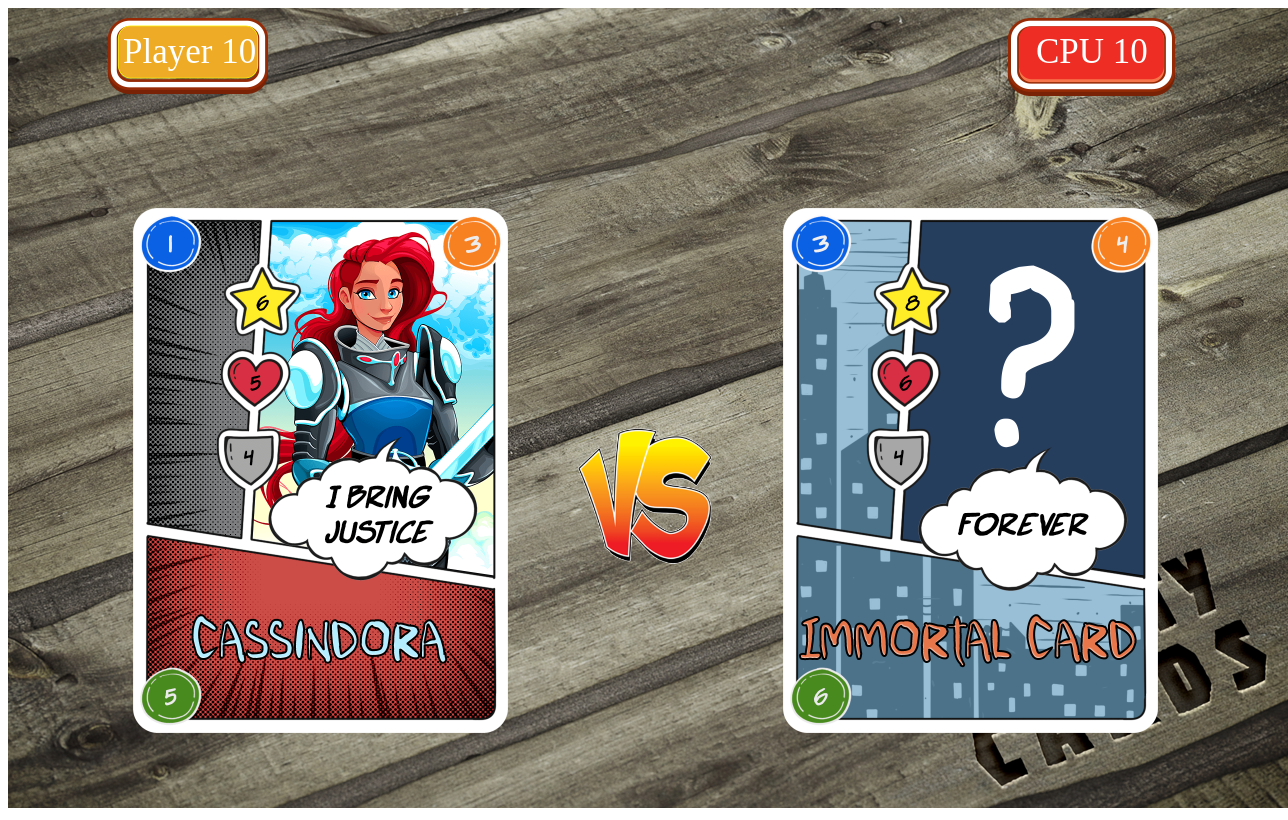
Repository: getvoiceagency/html5
Page: index.html
The author's editor kept a record of every edit. The page is drawn from the files as they stood at one moment, then again after the next edit.
The browser window is 1280 px wide. The page is 1288 px wide, so the pictures cover 1288 px, including what lies to the right of the window. The pictures show the whole page.
Some web libraries are served in a nearby version.

Above is the page before.

After the next edit:
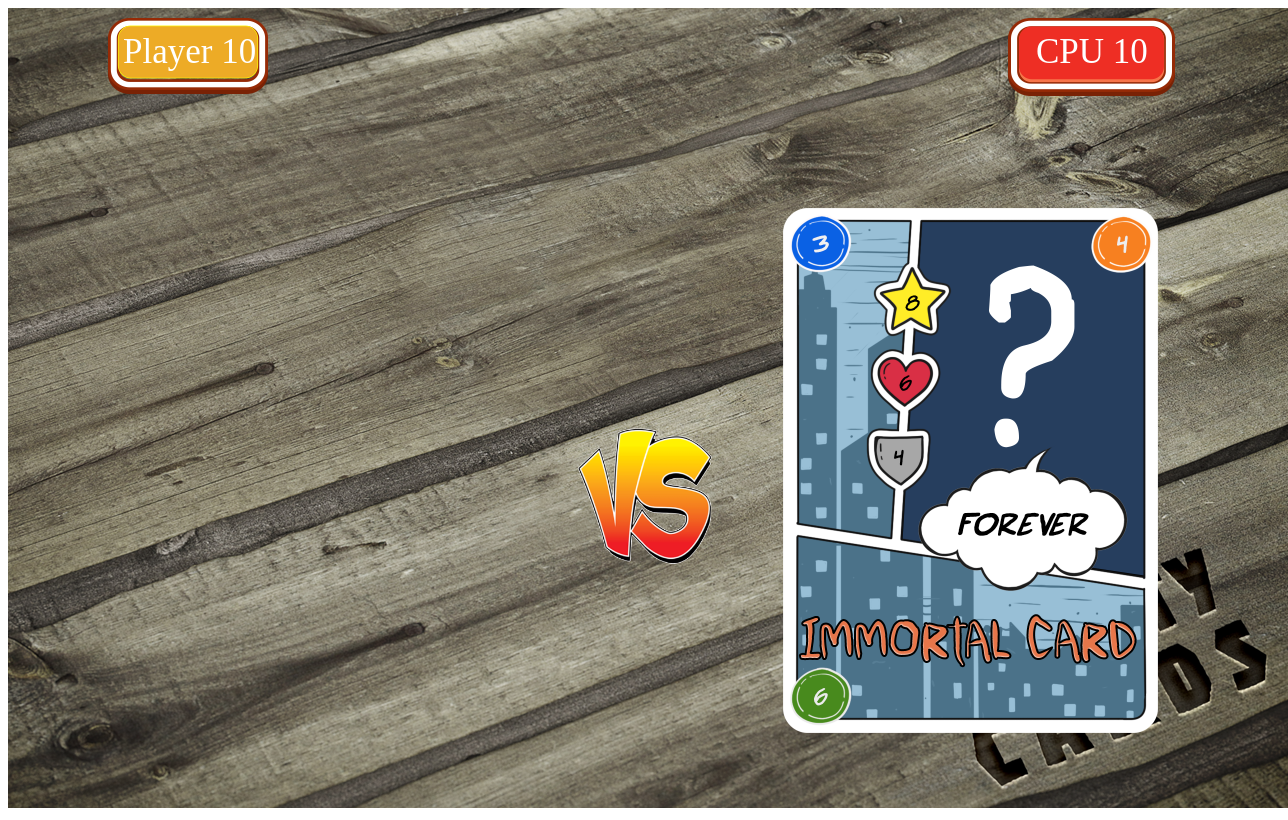
The edit:
--- a/index.html
+++ b/index.html
@@ -117,6 +117,7 @@
 // move the sprite to the center of the canvas
 card1.position.x = -1050;
 card1.position.y = 200;
+card1.alpha = 0;
 
 // Center bunny sprite in local container coordinates
 
